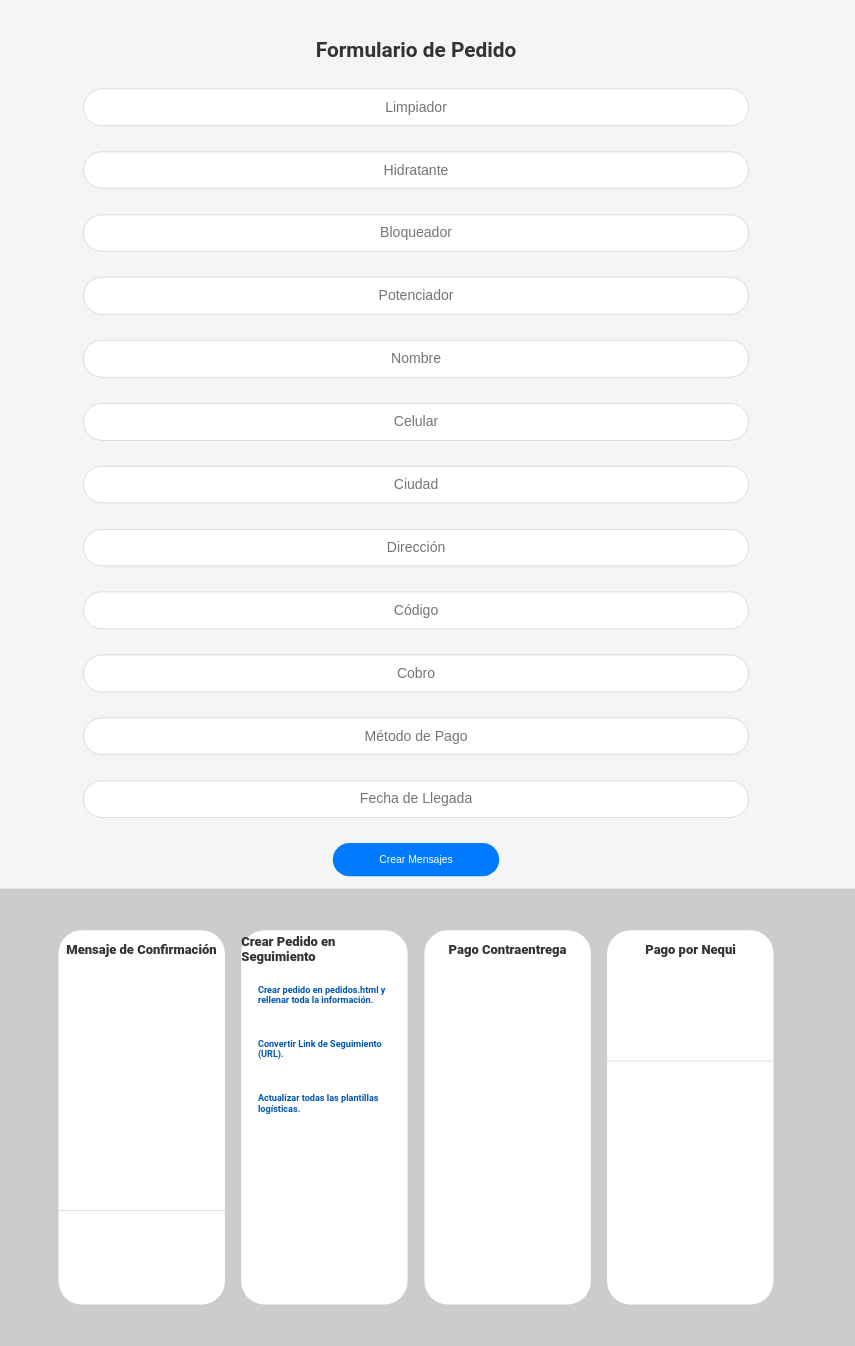
Repository: aCoupon0/intranet
Page: 1/venta-1.html
An editor plug-in stored every save of this project. The page is shown before and after the next save, followed by the edit.
The browser window is 1280 px wide. The page is 1316 px wide, so the pictures cover 1316 px, including what lies to the right of the window. The pictures show the whole page, at 65% of full size.

Above is the page before, as saved 2024-12-09 15:20:11.

### 1/venta-1.html
<!DOCTYPE html>
<html lang="es">

<head>
    <meta charset="UTF-8">
    <meta name="viewport" content="width=device-width, initial-scale=1.0">
    <title>Intranet DermaBox</title>
    <link rel="stylesheet" href="../css/venta.css">
</head>

<body>
    <h1>Formulario de Pedido</h1>

    <!-- Inputs para los productos -->
    <input type="text" id="input-limpiador" class="input-texto" placeholder="Limpiador">
    <input type="text" id="input-hidratante" class="input-texto" placeholder="Hidratante">
    <input type="text" id="input-bloqueador" class="input-texto" placeholder="Bloqueador">
    <input type="text" id="input-potenciador" class="input-texto" placeholder="Potenciador">

    <!-- Inputs para los datos del cliente -->
    <input type="text" id="input-nombre" class="input-texto" placeholder="Nombre">
    <input type="text" id="input-celular" class="input-texto" placeholder="Celular">
    <input type="text" id="input-ciudad" class="input-texto" placeholder="Ciudad">
    <input type="text" id="input-direccion" class="input-texto" placeholder="Dirección">

    <!-- Inputs para código, cobro y método -->
    <input type="text" id="input-codigo" class="input-texto" placeholder="Código">
    <input type="text" id="input-cobro" class="input-texto" placeholder="Cobro">
    <input type="text" id="input-metodo" class="input-texto" placeholder="Método de Pago">
    <input type="text" id="input-fecha" class="input-texto" placeholder="Fecha de Llegada">

    <!-- Botón para enviar -->
    <button id="boton-enviar" class="boton-enviar">Crear Mensajes</button>

    <div class="primera-fase">
        <div class="section-dual">
            <div class="section-dual-title">Mensaje de Confirmación</div>
            <div class="section-dual-1"></div>
            <div class="section-dual-2"></div>
        </div>
        <div class="section-dual">
            <div class="section-dual-title">Crear Pedido en Seguimiento</div>
            <div class="section-dual-instruction">Crear pedido en pedidos.html y rellenar toda la información.</div>
            <div class="section-dual-instruction">Convertir Link de Seguimiento (URL).</div>
            <div class="section-dual-instruction">Actualizar todas las plantillas logísticas.</div>
        </div>
        <div class="section-dual">
            <div class="section-dual-title">Pago Contraentrega</div>
            <div class="section-dual-3"></div>
        </div>
        <div class="section-dual">
            <div class="section-dual-title">Pago por Nequi</div>
            <div class="section-dual-4"></div>
            <div class="section-dual-5"></div>
        </div>

    </div>

    <script src="../js/ventas-shared.js"></script>
</body>

</html>

### css/venta.css
body {
    font-family: 'Roboto', system-ui, -apple-system, BlinkMacSystemFont, 'Segoe UI', sans-serif;
    margin: 0;
    padding: 0;
    display: flex;
    justify-content: center;
    align-items: center;
    height: auto;
    flex-direction: column;
    background-color: #f5f5f5;
    color: #333;
    gap: 1.5vw;
    padding-top: 5vh;
}

input {
    width: 80vw; /* Ocupa el 80% del ancho del contenedor */
    height: 8vh; /* Altura dinámica según el viewport */
    padding: 10px;
    font-size: 3vh;
    border: 1px solid #ccc;
    border-radius: 5vw;
    margin-bottom: 20px; /* Separación del botón */
    box-sizing: border-box;
    text-align: center;
}

.boton-enviar {
    width: 20%; /* Mismo ancho que el input */
    padding: 10px;
    height: 7vh; /* Misma altura que el input */
    font-size: 1rem;
    background-color: #007BFF;
    color: white;
    border: none;
    border-radius: 5vw;
    cursor: pointer;
    transition: background-color 0.3s;
    text-align: center;
}

.boton-enviar:hover {
    background-color: #0056b3;
}


.primera-fase {
    width: 100%;
    height: auto;
    padding: 5% 5vh 5% 5vh;
    display: flex;
    justify-content: center;
    align-content: center;
    background-color: #ccc;
    flex-direction: row;
    gap: 2%;
}

.section-dual {
    width: 20%;
    height: 80vh;
    border-radius: 5vh;
    display: flex;
    flex-direction: column;
    background-color: #ffffff;
    justify-content: flex-start;
    align-items: center;
}

.section-dual-title {
    width: 100%;
    height: 10%;
    display: flex;
    justify-content: center;
    align-items: center;
    font-size: 20px;
    font-weight: 800;
}

.section-dual-instruction {
    width: 100%;
    height: auto;
    display: flex;
    justify-content: flex-start;
    align-items: center;
    font-size: 14px;
    font-weight: 600;
    padding: 10%;
    box-sizing: border-box;
    color: #0056b3;
}

.section-dual-1 {
    width: 100%;
    height: 65%;
    border-bottom: 1px solid rgba(128, 128, 128, 0.339);
    display: flex;
    justify-content: flex-start;
    align-items: center;
    text-align: left;
    box-sizing: border-box;
    font-size: 13px;
    font-weight: 400;
    padding: 5%;
}


.section-dual-2 {
    width: 100%;
    height: 25%;
    display: flex;
    justify-content: flex-start;
    align-items: center;
    text-align: left;
    box-sizing: border-box;
    font-size: 13px;
    font-weight: 400;
    padding: 5%;
}

.section-dual-3 {
    width: 100%;
    height: 75%;
    display: flex;
    justify-content: flex-start;
    align-items: center;
    text-align: left;
    box-sizing: border-box;
    font-size: 13px;
    font-weight: 400;
    padding: 5%;
}

.section-dual-4 {
    width: 100%;
    height: 25%;
    border-bottom: 1px solid rgba(128, 128, 128, 0.339);
    display: flex;
    justify-content: flex-start;
    align-items: center;
    text-align: left;
    box-sizing: border-box;
    font-size: 13px;
    font-weight: 400;
    padding: 5%;
}


.section-dual-5 {
    width: 100%;
    height: 65%;
    display: flex;
    justify-content: flex-start;
    align-items: center;
    text-align: left;
    box-sizing: border-box;
    font-size: 13px;
    font-weight: 400;
    padding: 5%;
    flex-direction: column;
}

### js/ventas-shared.js
document.getElementById("boton-enviar").addEventListener("click", () => {
    const nombre = document.getElementById("input-nombre").value.trim();
    const codigo = document.getElementById("input-codigo").value.trim();
    const limpiador = document.getElementById("input-limpiador").value.trim();
    const hidratante = document.getElementById("input-hidratante").value.trim();
    const bloqueador = document.getElementById("input-bloqueador").value.trim();
    const potenciador = document.getElementById("input-potenciador").value.trim();
    const ciudad = document.getElementById("input-ciudad").value.trim();
    const direccion = document.getElementById("input-direccion").value.trim();
    const cobro = document.getElementById("input-cobro").value.trim();

    // Construir el mensaje con saltos de línea en HTML
    let mensaje = `Hola *${nombre}*.<br><br>Gracias por tu compra en DermaBox. Tu pedido *#${codigo}* ha sido confirmado y está en preparación.<br><br>Por favor confirma los siguientes datos:<br><br>*Pedido*<br>`;

    if (limpiador) mensaje += ` - *${limpiador}*<br>`;
    if (hidratante) mensaje += ` - *${hidratante}*<br>`;
    if (bloqueador) mensaje += ` - *${bloqueador}*<br>`;
    if (potenciador) mensaje += ` - *${potenciador}*<br>`;
    if (cobro) mensaje += ` - *${cobro}*<br>`;

    mensaje += `<br>*Información del Cliente*<br>`;
    if (nombre) mensaje += ` - *${nombre}*<br>`;
    if (ciudad) mensaje += ` - *${ciudad}*<br>`;
    if (direccion) mensaje += ` - *${direccion}*<br>`;


    // Mostrar el mensaje en el div correspondiente
    const sectionDual1 = document.querySelector(".section-dual-1");
    sectionDual1.innerHTML = mensaje; // Asignar el HTML con saltos de línea


    // Construir el mensaje para section-dual-2
    const mensaje2 = `Para hacer el envío necesitamos los siguientes datos:<br><br> - Número de cédula<br> - Detalles de dirección (Casa, Conjunto, Edificio...)<br>`;

    // Mostrar el mensaje en section-dual-2
    const sectionDual2 = document.querySelector(".section-dual-2");
    sectionDual2.innerHTML = mensaje2;



    const metodoPago = document.querySelector("#input-metodo").value;
    const fechaLlegada = document.querySelector("#input-fecha").value; // Asegúrate de que esta variable obtenga el input correcto para la fecha.
    const linkSeguimiento = "https://tu-link-de-seguimiento.com"; // Proporciona aquí el link de seguimiento.

    if (metodoPago === "n") {
        // Rellenar section-dual-4
        const sectionDual4 = document.querySelector(".section-dual-4");
        sectionDual4.innerHTML = `
            Perfecto!<br>
            Indicaste que preferías el pago por Nequi, aquí tienes los datos para realizar el envío:
        `;

        // Rellenar section-dual-5
        const sectionDual5 = document.querySelector(".section-dual-5");
        sectionDual5.innerHTML = `
            Super!<br>
            Tu DermaBox está en camino y llegará aproximadamente el *${fechaLlegada}*. Aquí está el
            <a href="${linkSeguimiento}" target="_blank">*Link de Seguimiento*</a>.<br>
            Aquí puedes revisar nuevamente cómo aplicar tu rutina, acceder al *Qué Hacer Hoy* y muchas más cosas.<br>
            Dicho esto, muchas gracias por confiar en nosotros. Estaremos atentos a cualquier pregunta que puedas tener.<br>
            Y no te olvides de seguir las precauciones recomendadas.<br>
            ¡Hasta Pronto!
        `;
    } else if (metodoPago === "c") {
        // Rellenar section-dual-5
        const sectionDual5 = document.querySelector(".section-dual-5");
        sectionDual5.innerHTML = `
            Super!<br>
            Tu DermaBox está en camino y llegará aproximadamente el *${fechaLlegada}*.<br>
            Recuerda tener el dinero preparado o dejarlo en casa si no estarás presente al momento de la entrega.<br>
            Aquí está el <a href="${linkSeguimiento}" target="_blank">Link de Seguimiento</a>, aquí puedes revisar nuevamente la rutina, acceder al *Qué Hacer Hoy* y muchas más cosas.<br>
            Dicho esto, muchas gracias por confiar en nosotros. Estaremos atentos a cualquier pregunta que puedas tener.<br>
            ¡Hasta Pronto!
        `;
    }
});

After the next save:
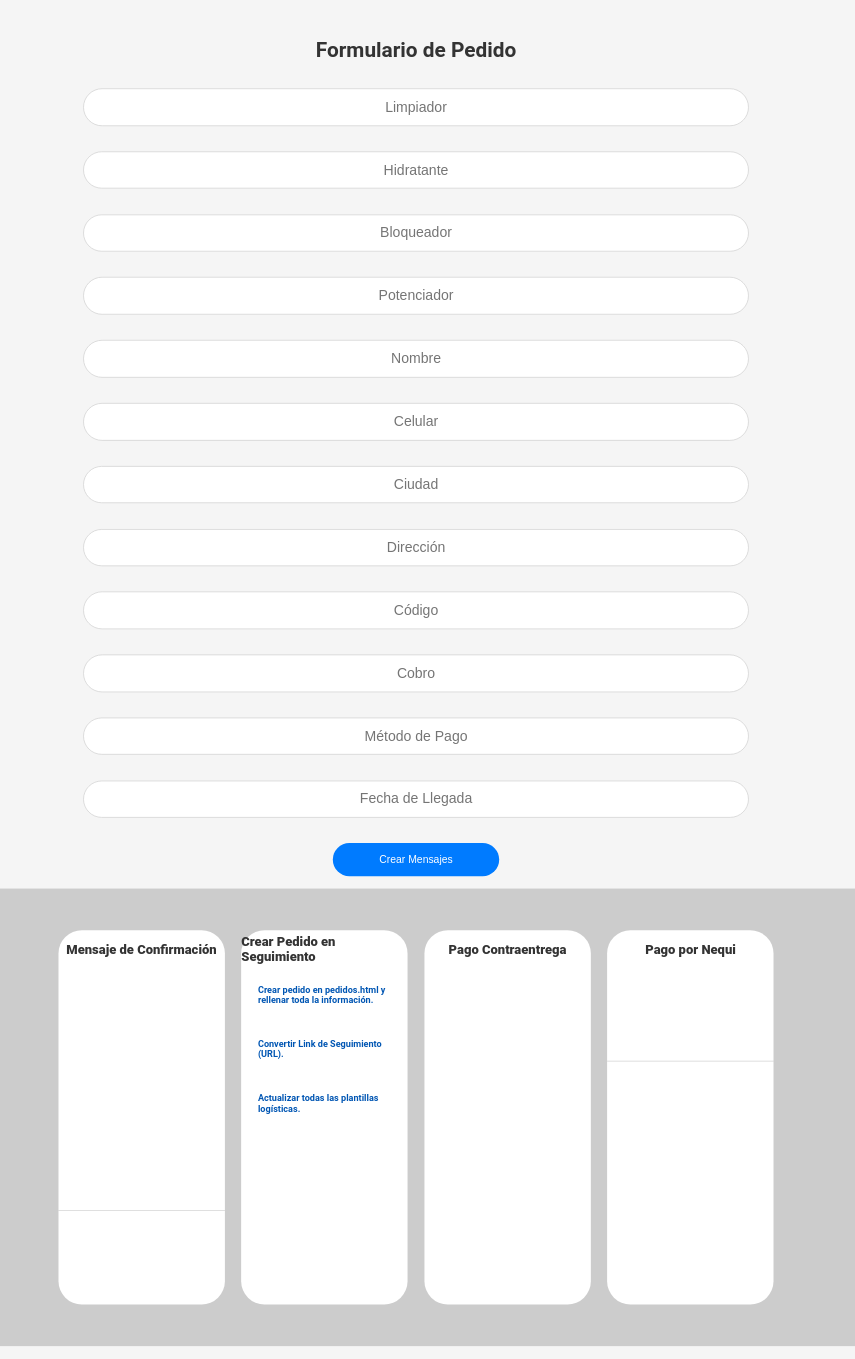
Saved 98 s later.
--- a/1/venta-1.html
+++ b/1/venta-1.html
@@ -56,6 +56,10 @@
 
     </div>
 
+    <div class="segunda-fase">
+
+    </div>
+
     <script src="../js/ventas-shared.js"></script>
 </body>
 
